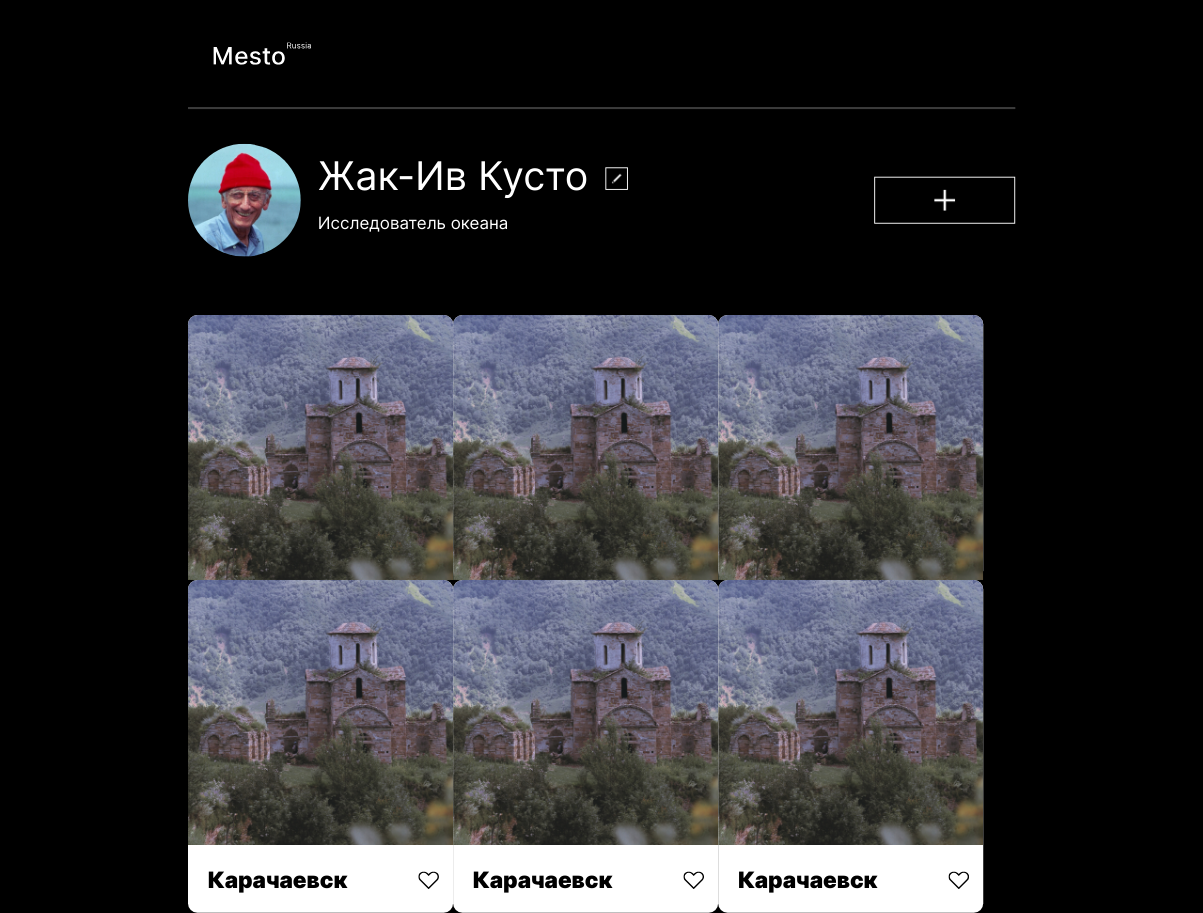
Repository: dyond/mesto
Page: index.html
These files come from the project's save history. The page is drawn as it stood at one moment and after a run of saves; the edit follows.
The browser window is 1280 px wide. The pictures show the whole page, at 94% of full size.

Above is the page before, as saved 2022-11-28 19:48:43.

### index.html
<!DOCTYPE html>
<html lang="ru">
<head>
  <meta charset="UTF-8">
  <meta http-equiv="X-UA-Compatible" content="IE=edge">
  <meta name="viewport" content="width=device-width, initial-scale=1.0">
  <link rel="stylesheet" href="pages/index.css">
  <title>Mesto</title>
</head>
<body class="root">
  <div class="page">
    <header class="header">
      <img src="images/logo.svg" alt="" class="header__logo">
      <hr class="header__line">
    </header>
    <main>
      <section class="profile">
        <img src="images/avatar.jpg" alt="" class="profile__avatar">
        <div class="profile__info">
          <div class="profile__info-group">
            <h1 class="profile__info-title">Жак-Ив Кусто</h1>
            <button class="profile__info-button profile__info-button__edit">
              <img src="images/Vector.png" alt="">
            </button>
          </div>
          <p class="profile__info-subtitle">Исследователь океана</p>

        </div>
        <button class="profile__info-button profile__info-button__add">
          <img src="images/Vector_2.png" alt="">
        </button>
      </section>
      <section class="cards">
        <div class="card">
          <img src="images/kirill-pershin-1088404-unsplash.jpg" alt="" class="card__image">
          <div class="card__group">
            <h2 class="card__title">Карачаевск</h2>
            <button class="card__button">
              <img src="images/vector_3.svg" alt="">
            </button>
          </div>
        </div>
        <div class="card">
          <img src="images/kirill-pershin-1088404-unsplash.jpg" alt="" class="card__image">
          <div class="card__group">
            <h2 class="card__title">Карачаевск</h2>
            <button class="card__button">
              <img src="images/vector_3.svg" alt="">
            </button>
          </div>
        </div>
        <div class="card">
          <img src="images/kirill-pershin-1088404-unsplash.jpg" alt="" class="card__image">
          <div class="card__group">
            <h2 class="card__title">Карачаевск</h2>
            <button class="card__button">
              <img src="images/vector_3.svg" alt="">
            </button>
          </div>
        </div>
        <div class="card">
          <img src="images/kirill-pershin-1088404-unsplash.jpg" alt="" class="card__image">
          <div class="card__group">
            <h2 class="card__title">Карачаевск</h2>
            <button class="card__button">
              <img src="images/vector_3.svg" alt="">
            </button>
          </div>
        </div>
        <div class="card">
          <img src="images/kirill-pershin-1088404-unsplash.jpg" alt="" class="card__image">
          <div class="card__group">
            <h2 class="card__title">Карачаевск</h2>
            <button class="card__button">
              <img src="images/vector_3.svg" alt="">
            </button>
          </div>
        </div>
        <div class="card">
          <img src="images/kirill-pershin-1088404-unsplash.jpg" alt="" class="card__image">
          <div class="card__group">
            <h2 class="card__title">Карачаевск</h2>
            <button class="card__button">
              <img src="images/vector_3.svg" alt="">
            </button>
          </div>
        </div>
      </section>
    </main>
  </div>
</body>
</html>

### pages/index.css
/* NORMALIZE */
@import url(../vendor/normalize.css);

/* ROOT */
@import url(../blocks/root/root.css);

/* PAGE */
@import url(../blocks/page/page.css);

/* FONTS */
@import url(../vendor/fonts/fonts.css);

/* HEADER */
@import url(../blocks/header/header.css);
@import url(../blocks/header/__logo/header__logo.css);
@import url(../blocks/header/__line/header__line.css);

/* PROFILE */
@import url(../blocks/profile/profile.css);
@import url(../blocks/profile/__avatar/profile__avatar.css);
@import url(../blocks/profile/__info-button/profile__info-button.css);
@import url(../blocks/profile/__info/profile__info.css);
@import url(../blocks/profile/__info-group/profile__info-group.css);
@import url(../blocks/profile/__info-title/profile__info-title.css);
@import url(../blocks/profile/__info-subtitle/profile__info-subtitle.css  );
@import url(../blocks/profile/__info-button/__edit/profile__info-button__edit.css);
@import url(../blocks/profile/__info-button/__add/profile__info-button__add.css);

/* CARDS */
@import url(../blocks/cards/cards.css);
@import url(../blocks/cards/card/card.css);
@import url(../blocks/cards/card/__title/card__title.css);
@import url(../blocks/cards/card/__button/card__button.css);
@import url(../blocks/cards/card/__group/card__group.css);
@import url(../blocks/cards/card/__image/card__image.css);

### blocks/root/root.css
.root{
  background: #000000;
}

### blocks/page/page.css
.page{
  font-family: 'Inter', Arial, sans-serif;
  max-width: 880px;
  margin: 0 auto;
}

### vendor/fonts/fonts.css
@font-face {
  font-family: "Inter";
  src: local("Inter"),
    url("./Inter-Regular.woff2") format("woff2"),
    url("./Inter-Regular.woff") format("woff");
  font-weight: 400;
}

@font-face {
  font-family: "Inter";
  src: local("Inter"),
    url("./Inter-Bold.woff2") format("woff2"),
    url("./Inter-Bold.woff") format("woff");
  font-weight: 700;
}

@font-face {
  font-family: "Inter";
  src: local("Inter"),
    url("./Inter-Black.woff2") format("woff2"),
    url("./Inter-Black.woff") format("woff");
  font-weight: 900;
}

### blocks/header/header.css
.header {
  margin: 28px 0 42px;
  height: 56px;
}

@media screen and (min-width: 880px) {
  .header {
      margin: 45px 0 40px;
  }
}

### blocks/header/__logo/header__logo.css
.header__logo{
  width: 104px;
  margin-bottom: 32px;
  margin-left: 27px;
}

@media screen and (min-width: 880px) {
  .header__logo {
    margin-bottom: 41px;
  }
}

### blocks/header/__line/header__line.css
.header__line{
  margin: 0;
  opacity: 0.7;
  border: 1px solid #545454;
  background-color: #545454;
}

### blocks/profile/profile.css
.profile{
  font-size: 0px;
  display: flex;
  flex-direction: column;
  align-items: center;
  flex-wrap: wrap;
  justify-content: space-between;
  margin-bottom: 36px;
}

@media screen and (min-width: 880px){
  .profile{
    flex-direction: row;
    margin-bottom: 50px;
  }
}

### blocks/profile/__avatar/profile__avatar.css
.profile__avatar{
  border-radius: 50%;
  max-width: 120px;
}

### blocks/profile/__info-button/profile__info-button.css
.profile__info-button:hover{
  cursor: pointer;
  opacity: 0.6;
}

### blocks/profile/__info/profile__info.css
.profile__info{
  color: #fff;
}

### blocks/profile/__info-group/profile__info-group.css
.profile__info-group {
  display: flex;
  align-items: center;
  margin-left: 25px;
}

@media screen and (min-width: 880px) {
  .profile__info-group {
    margin-left: 0;
  }
}

### blocks/profile/__info-title/profile__info-title.css
.profile__info-title{
  margin: 0 auto;
  font-weight: 500;
  font-size: 27px;
  line-height: 33px;
  text-align: center;
  margin-top: 26px;
  margin-bottom: 14px;
}

@media screen and (min-width: 880px) {
  .profile__info-title {
    margin-top: 22px;
    margin-bottom: 16px;
    font-size: 42px;
    line-height: 48px;
  }
}

### blocks/profile/__info-subtitle/profile__info-subtitle.css
.profile__info-subtitle{
  margin: 0;
  font-weight: 400;
  font-size: 14px;
  text-align: center;
  line-height: 17px;
  margin-bottom: 36px;
}

@media screen and (min-width: 880px) {
  .profile__info-subtitle {
    font-size: 18px;
    line-height: 22px;
    text-align: start;
  }
}

### blocks/profile/__info-button/__edit/profile__info-button__edit.css
.profile__info-button__edit{
  padding: 0;
  height: 18px;
  width: 18px;
  background: transparent;
  border: 1px solid #fff;
  margin-left: 10px;
  margin-top: 12px;
}

@media screen and (min-width: 880px) {
  .profile__info-button__edit {
    height: 24px;
    width: 24px;
    margin-top: 12px;
    margin-left: 18px;
  }
}

### blocks/profile/__info-button/__add/profile__info-button__add.css
.profile__info-button__add{
  padding: 0;
  width: 282px;
  height: 50px;
  background: transparent;
  border: 1px solid #fff;
}

@media screen and (min-width: 880px) {
  .profile__info-button__add {
    margin-left: 244px;
    width: 150px;
  }
}

### blocks/cards/cards.css
.cards{
  display: grid;
  grid-template-columns: repeat(auto-fill, 282px);
    grid-template-rows: repeat(auto-fill, 282px);
}

### blocks/cards/card/card.css
.card{
  margin: 0 auto;
  /* max-width: 282px; */
  border-radius: 10px;
  background-color: #fff;
  text-align: center;
}

### blocks/cards/card/__title/card__title.css
.card__title{
  font-weight: 900;
  font-size: 24px;
  line-height: 29px;
}

### blocks/cards/card/__button/card__button.css
.card__button{
  padding: 0;
  font-size: 0;
  background: transparent;
  border: none;
  color: #fff;
}

.card__button:hover{
  cursor: pointer;
  opacity: 0.6;
}

### blocks/cards/card/__group/card__group.css
.card__group{
  display: flex;
  justify-content: space-between;
  margin: 0px 15px 0px 21px;
}

### blocks/cards/card/__image/card__image.css
.card__image{
  max-width: 282px;
  border-top-right-radius: 10px;
  border-top-left-radius: 10px;
}

Loaded but not shown: vendor/normalize.css (library)

After the next 2 saves:
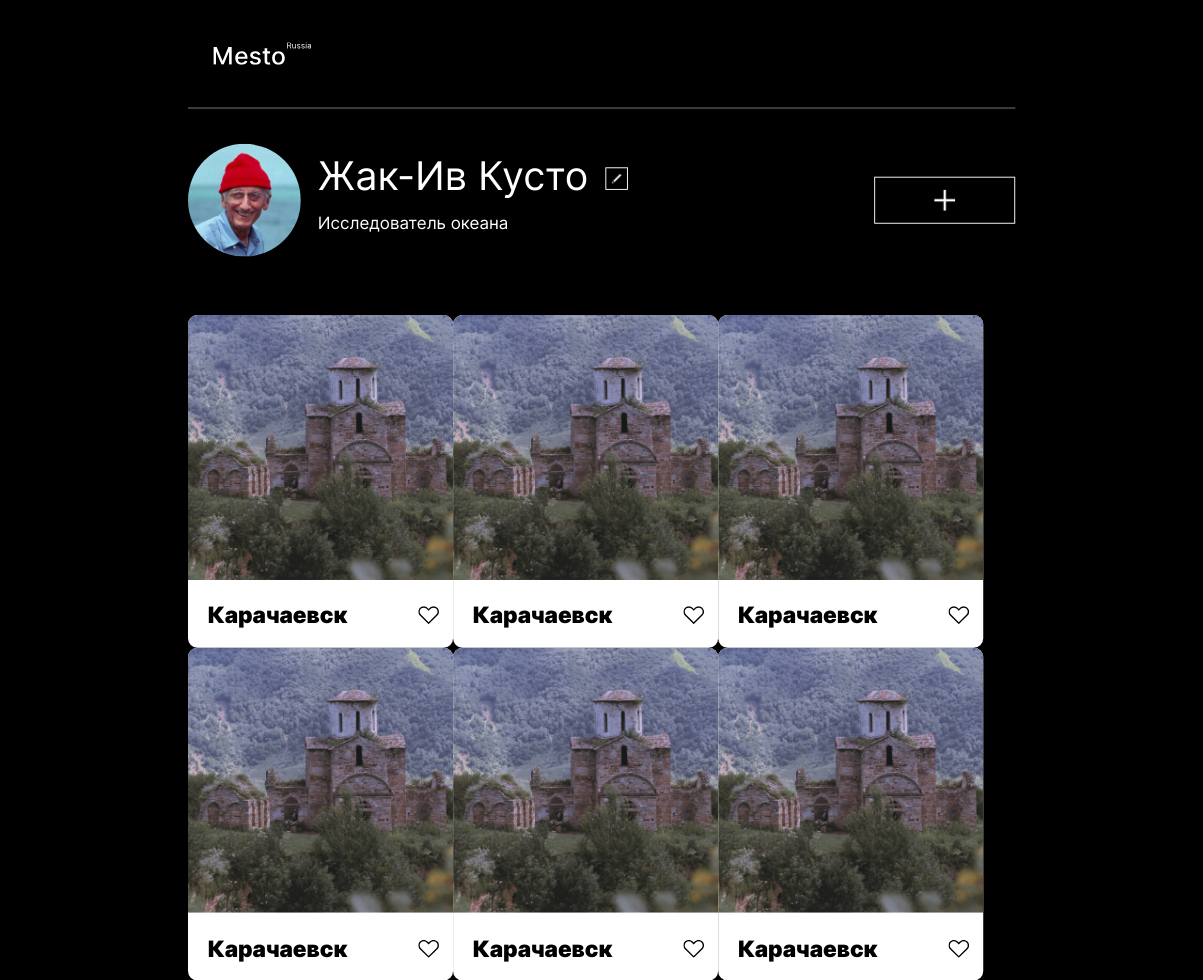
The 2 saves are shown as one change because they came seconds apart.
The last was saved 25 s later.
--- a/blocks/cards/cards.css
+++ b/blocks/cards/cards.css
@@ -1,5 +1,5 @@
 .cards{
   display: grid;
   grid-template-columns: repeat(auto-fill, 282px);
-    grid-template-rows: repeat(auto-fill, 282px);
+  /* grid-template-rows: repeat(auto-fill, 282px); */
 }
